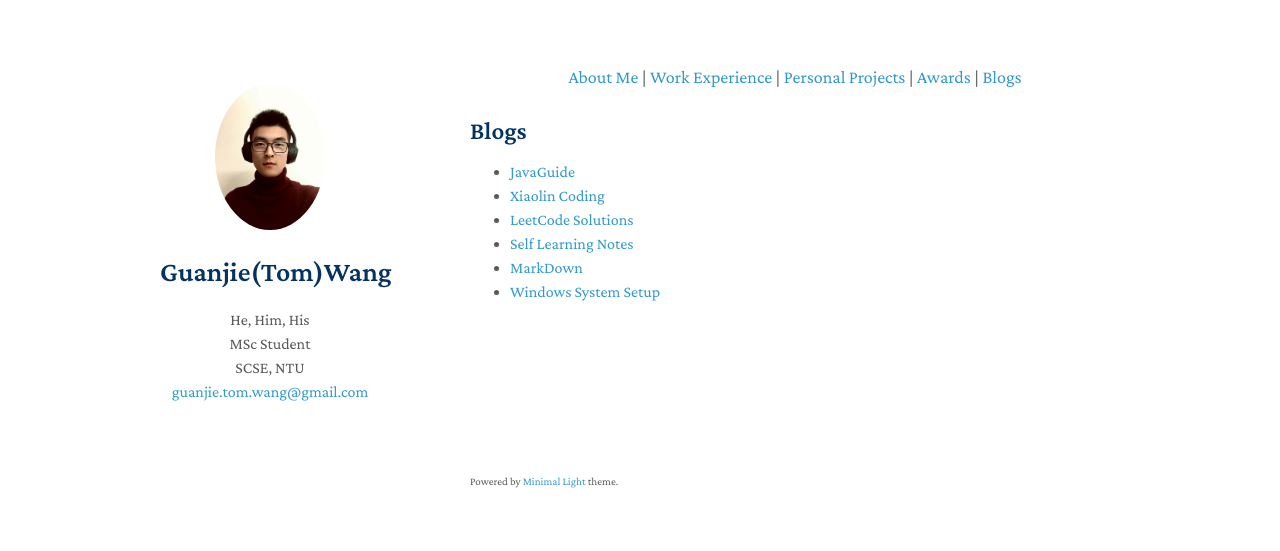
Repository: guanjie01/aboutme
Page: html/blogs.html
An editor plug-in stored every save of this project. The page is shown before and after the next save, followed by the edit.
The browser window is 1280 px wide. The pictures show the whole page.

Above is the page before, as saved 2023-08-04 09:37:30.

After the next save:
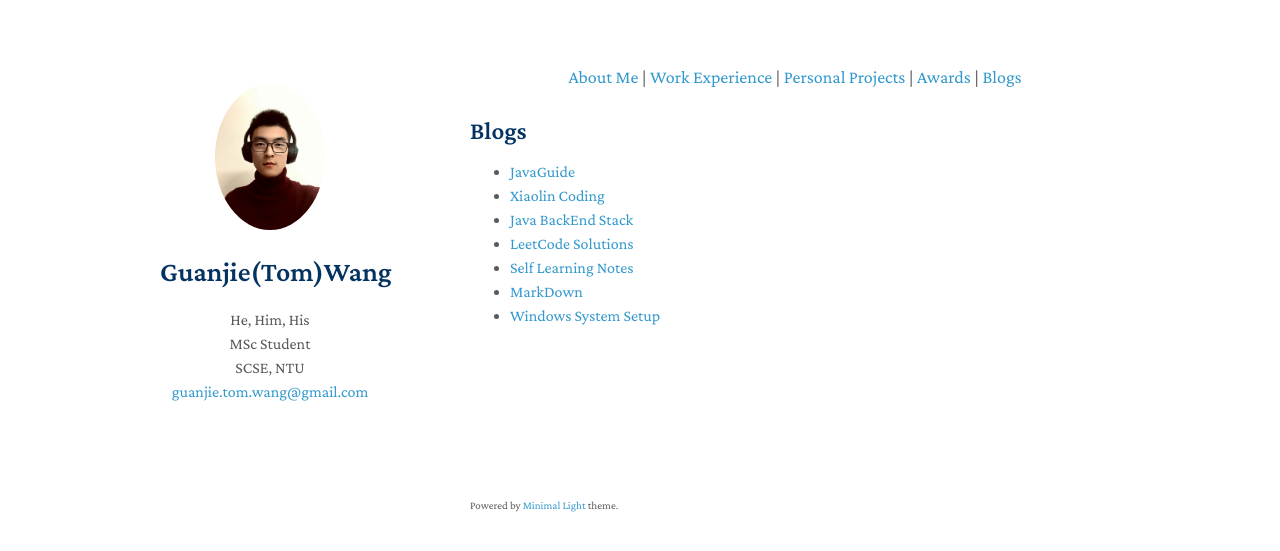
Saved 7 h 50 min later.
--- a/html/blogs.html
+++ b/html/blogs.html
@@ -79,6 +79,9 @@
               <a href="https://xiaolincoding.com/" target="_blank"> Xiaolin Coding</a>
             </li>
             <li>
+              <a href="https://pdai.tech/" target="_blank"> Java BackEnd Stack</a>
+            </li>
+            <li>
               <a href="https://leetcode.cn/profile/articles/" target="_blank"> LeetCode Solutions</a>
             </li>
             <li>
